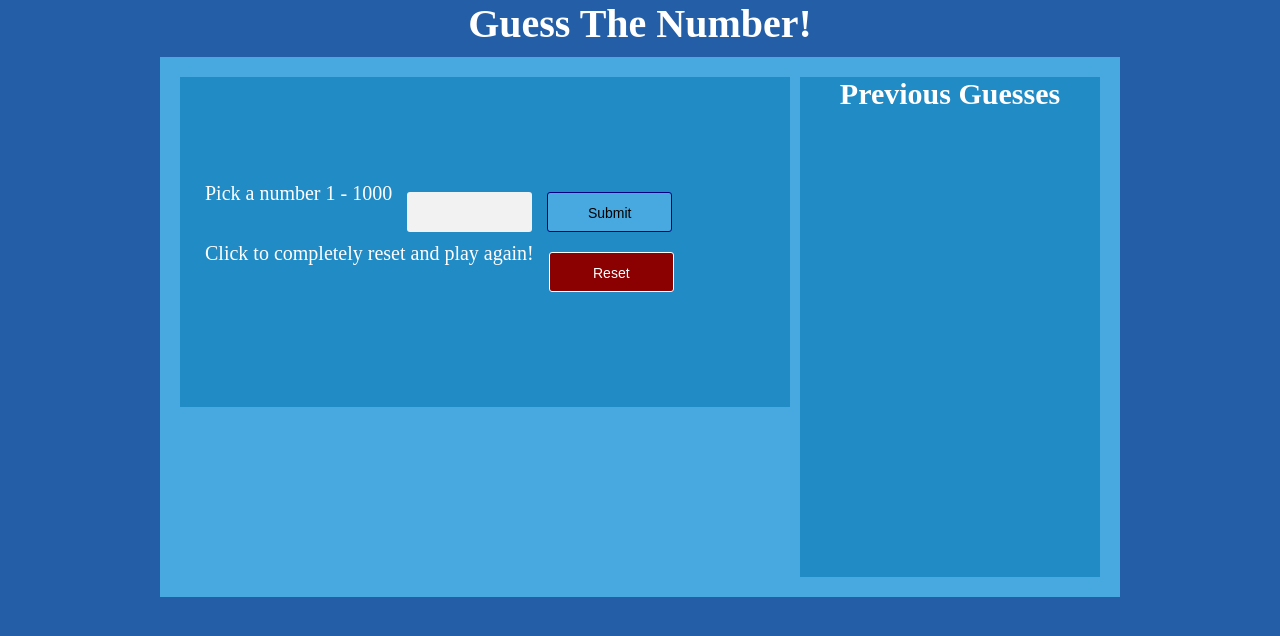
Repository: mlmEFSC21/P15-Modified-Guessing-Game
Page: guess.html
These files come from the project's save history. The page is drawn as it stood at one moment and after the next save; the edit follows.
The browser window is 1280 px wide. The pictures show the whole page.

Above is the page before, as saved 2022-03-21 20:54:22.

### guess.html
<!DOCTYPE html>
<html lang="en">
    <head>
        <meta charset="UTF-8" />
        <meta http-equiv="X-UA-Compatible" content="IE=edge" />
        <meta name="viewport" content="width=device-width, initial-scale=1.0" />
        <link rel="stylesheet" href="guess.css" />
        <script src="guess.js" defer></script>
        <title>Guessing Game</title>
    </head>
    <body>
        <header>
            <h1 class="pageTitle">Guess The Number!</h1>
        </header>
        <section>
            <div class="gameContainer" id="container">
                <div class="results" id="results">
                    <form action="#" class="inputForm">
                        <label for="guessInput">Pick a number 1 - 1000</label>
                        <input
                            type="text"
                            required
                            name="guessInput"
                            class="guessInput"
                            id="guessInput"
                        />
                        <input type="button" class="submitBtn" id="submitBtn" value="Submit" />
                        <label for="resetBtn">Click to completely reset and play again!</label>
                        <button type="reset" class="resetBtn" id="resetBtn" name="Reset">
                            Reset
                        </button>
                    </form>
                </div>
                <div class="guessesContainer" id="guessesContainer">
                    <h2>Previous Guesses</h2>
                    <ul class="guesses" id="guessList"></ul>
                </div>
            </div>
        </section>
    </body>
</html>

### guess.css
:root {
    --clr-primary: #218bc6;
    --clr-secondary: #48a9e0;
    --clr-tertiary: #235ea6;
}

*,
*::after,
*::before {
    box-sizing: border-box;
    margin: 0;
    padding: 0;
}
body {
    background-color: var(--clr-tertiary);
    color: white;
    font-size: 20px;
}
.pageTitle {
    text-align: center;
}
.gameContainer {
    background-color: var(--clr-secondary);
    display: grid;
    max-width: 960px;
    height: 75vh;
    margin: 10px auto;
    padding: 20px;
    grid-template-columns: repeat(3, 1fr);
    grid-template-rows: repeat(3, 1fr);
    gap: 10px;
    align-items: center;
    justify-content: center;
}
.results {
    background-color: var(--clr-primary);
    display: flex;
    flex-direction: column-reverse;
    margin: 10px auto;
    padding: 0 25px;
    grid-column: 1 / 3;
    grid-row: 1 / 3;
    height: 100%;
    justify-content: center;
    align-items: center;
    overflow: hidden;
}
input,
button {
    margin-block: 10px;
}
.inputForm {
    display: flex;
    flex-wrap: wrap;
}
label {
    margin-right: 15px;
    /* margin-block: 10px; */
}
input {
    border: none;
    -webkit-appearance: none;
    -ms-appearance: none;
    -moz-appearance: none;
    appearance: none;
    background: #f2f2f2;
    padding: 12px;
    border-radius: 3px;
    width: 125px;
    height: 40px;
    outline: none;
    font-size: 14px;
}
button {
    border: solid 1px white;
    margin-bottom: 10px;
    padding: 12px;
    border-radius: 3px;
    width: 125px;
    height: 40px;
    outline: none;
    font-size: 14px;
}
.submitBtn {
    background: var(--clr-secondary);
    border: solid 0.5px navy;
    margin-left: 15px;
}
.submitBtn:hover {
    background: #44b3db;
}
.resetBtn {
    background: darkred;
    color: white;
}
.resetBtn:hover {
    background: red;
}
.guessesContainer {
    background-color: var(--clr-primary);
    display: flex;
    flex-direction: column;
    flex-grow: 2;
    height: 100%;
    grid-row: 1 / 4;
    align-items: center;
    overflow: hidden;
}
/* the h3 that is appended by the js. It was hugging the container too much. */
h3 {
    margin: 10px;
    text-align: center;
}

### guess.js
let randomNumber = Math.floor(Math.random() * 1000 + 1);
let guesses = [];

const guessInput = document.getElementById("guessInput");
const resultsDiv = document.getElementById("results");
const submitButton = document.getElementById("submitBtn");
const resetButton = document.getElementById("resetBtn");
const p = document.createElement("p");
const ul = document.getElementById("guessList");
const li = document.createElement("li");
const guessesContainer = document.getElementById("guessesContainer");
const h3 = document.createElement("h3");

//checks to see if the guess is higher, lower, or equal to
function checkGuess() {
    const currentGuess = Number(guessInput.value);
    if (currentGuess == randomNumber) {
        guesses.push(currentGuess);
        p.innerText = "Congratulations! You guessed the number!";
        resultsDiv.append(p);
        countGuesses();
    }
    if (currentGuess < randomNumber) {
        guesses.push(currentGuess);
        p.innerText = "Too low. Try again!";
        resultsDiv.append(p);
        trackGuesses();
    }
    if (currentGuess > randomNumber) {
        guesses.push(currentGuess);
        p.innerText = "Too high. Try again!";
        resultsDiv.append(p);
        trackGuesses();
    }
}
//tracks previous guess in a <ul>. Removes <li> and populates from guesses[] each time.
function trackGuesses() {
    while (ul.hasChildNodes()) {
        ul.removeChild(ul.firstChild);
    }
    for (i = 0; i <= guesses.length - 1; i++) {
        let li = document.createElement("li");
        li.innerText = guesses[i];
        ul.appendChild(li);
    }
}

//counts how many guesses. Uses array length.
function countGuesses() {
    let numOfGuesses = guesses.length;
    if (numOfGuesses < 10) {
        h3.innerText = `${numOfGuesses} guesses?! Either you know the secret or you got lucky!`;
    } else if (numOfGuesses == 10) {
        h3.innerText = `${numOfGuesses} guesses. Ahah! You know the secret!`;
    } else if (numOfGuesses > 10) {
        h3.innerText = `Yikes! ${numOfGuesses} guesses... You should be able to do better! *Hint* Knowing the trick is half the battle.`;
    }
    guessesContainer.append(h3);
}
// creates a new random number for replay
function newRNG() {
    randomNumber = Math.floor(Math.random() * 10 + 1);
}
//resets the game completely.
function resetGame() {
    p.innerText = "";
    resultsDiv.append(p);
    while (ul.hasChildNodes()) {
        ul.removeChild(ul.firstChild);
    }
    h3.remove();
    guesses = [];
    newRNG();
    //logging random number for debugging.
    console.log(randomNumber);
}

submitButton.addEventListener("click", checkGuess);
resetButton.addEventListener("click", resetGame);
//logging random number for debugging.
console.log(randomNumber);

After the next save:
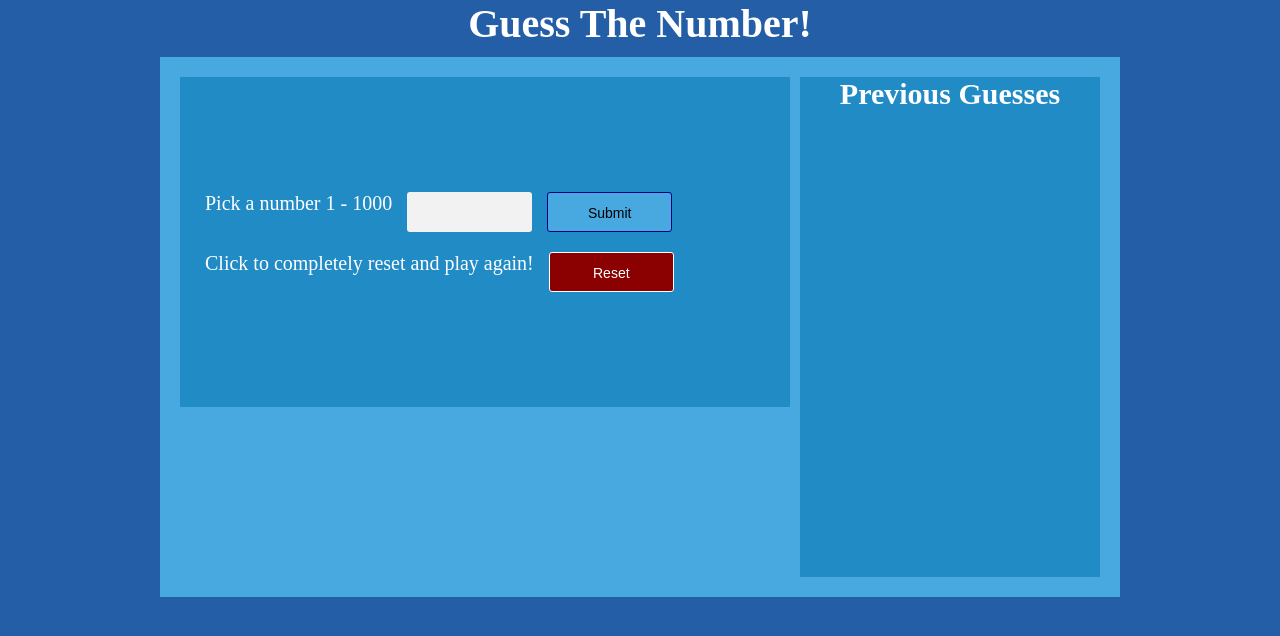
Saved 7 s later.
--- a/guess.css
+++ b/guess.css
@@ -55,7 +55,7 @@
 }
 label {
     margin-right: 15px;
-    /* margin-block: 10px; */
+    margin-block: 10px;
 }
 input {
     border: none;

After the save that followed:
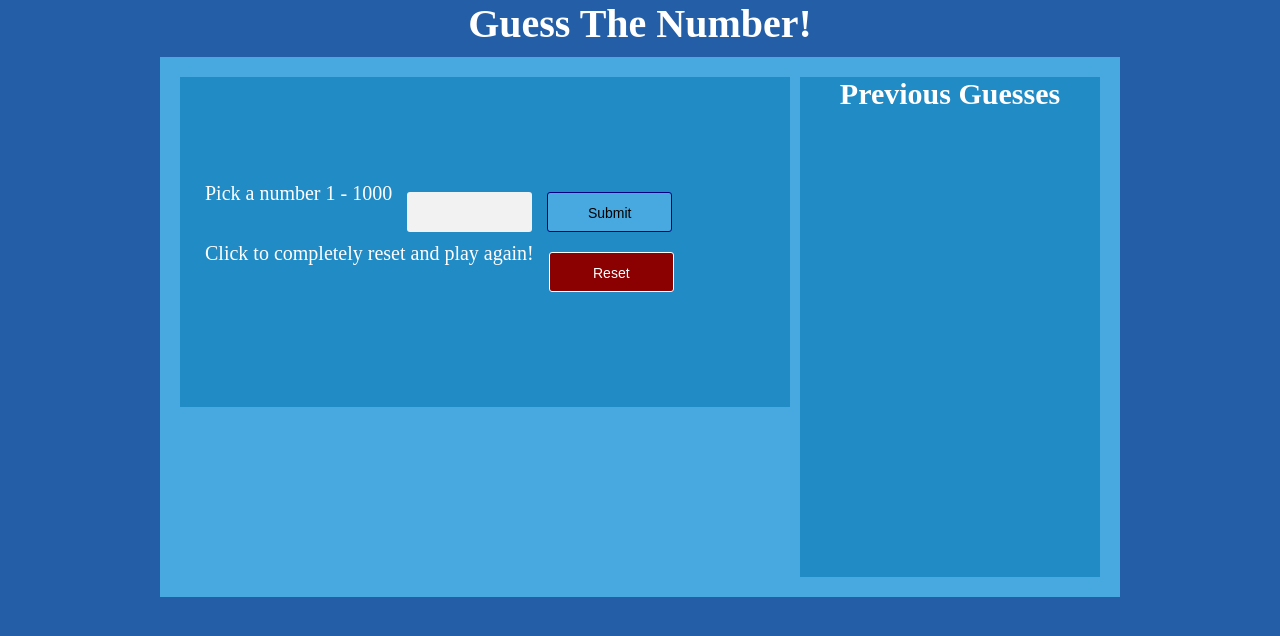
Saved 5 s later.
--- a/guess.css
+++ b/guess.css
@@ -55,7 +55,7 @@
 }
 label {
     margin-right: 15px;
-    margin-block: 10px;
+    /* margin-block: 10px; */
 }
 input {
     border: none;
